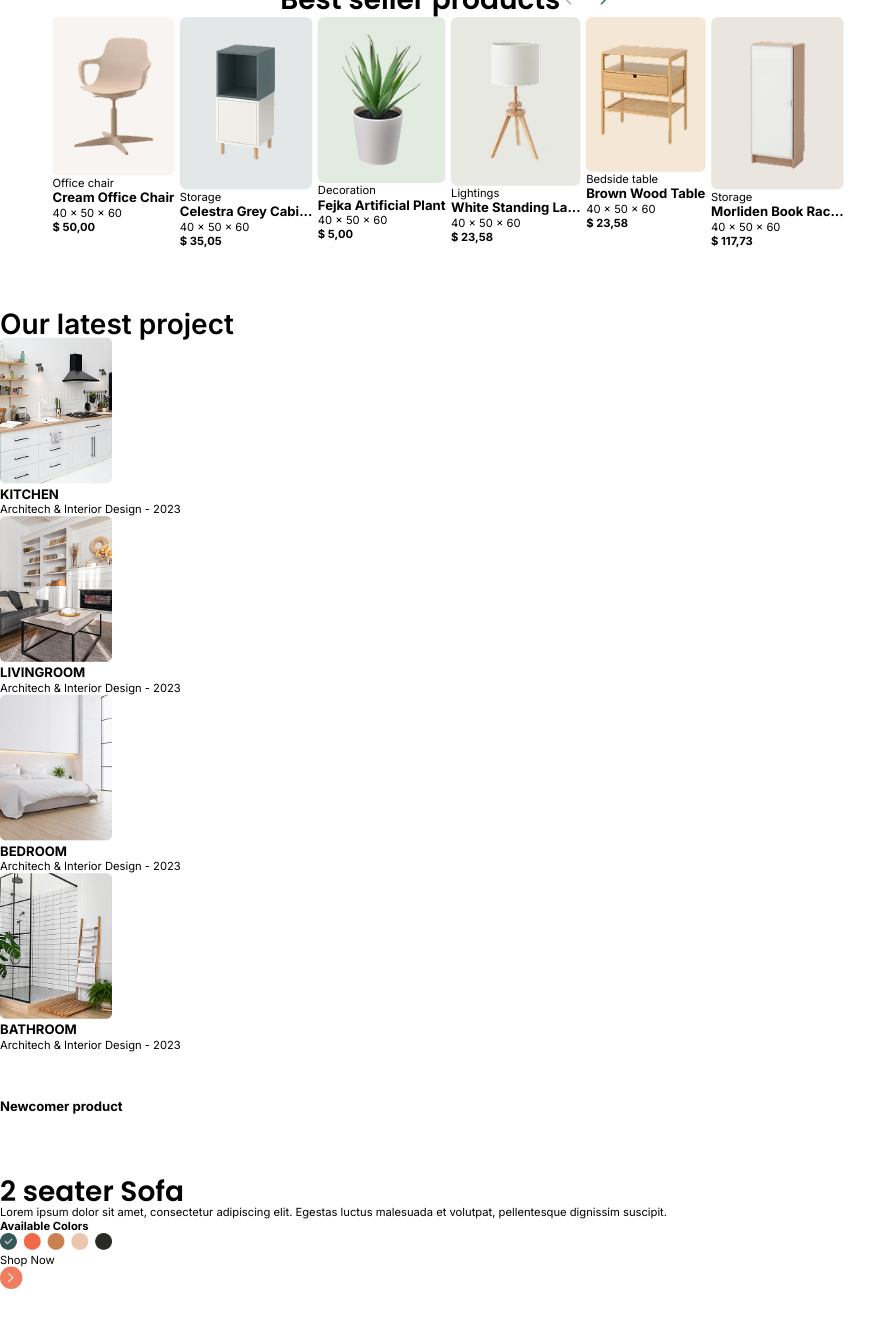
Repository: MatheusEich15/FrontEnd
Page: Prova 1 FrontEnd/Prova 1 FrontEnd/index.html
The author's editor kept a copy of each file at every save. The page is drawn from the files as they stood at one save, then again after a run of saves.
The browser window is 1280 px wide. The pictures show the part of the page from y = 1898 to 3818 px (the page is 4763 px tall before and 4771 px after), at 70% of full size.

Above is the page before, as saved 2026-03-12 14:06:06.

### Prova 1 FrontEnd/Prova 1 FrontEnd/index.html
<!DOCTYPE html>

<html lang="en">

<head>
    <meta charset="UTF-8">
    <meta name="viewport" content="width=device-width, initial-scale=1.0">
    <title>Coca</title>
    <link rel="stylesheet" href="style.css">
    <!--  -->
</head>

<body>

    <header>

        <div id="links-header"> <!-- div para links do lado esquerdo -->
            <div id="logo-header"><img src="./assets/images/Logo-images/Logo.png" alt="Logo"></div>
            <nav>
                <ul>
                    <li><a href="#"><span>About</span></a></li>
                    <li><a href="#">Blog</a></li>
                    <li><a href="#">Contact</a></li>
                </ul>
            </nav>
        </div>
        <div id="btn-header"> <!-- div para links do lado direito -->
            <a id="sign-in-btn" href="#">Sign In</a>
            <button><img src="./assets/icons/Menu.png" alt="Menu"></button>
        </div>

    </header>

    <main>

        <section id="introduction"> <!-- Introdução ao site -->
            <div id="introduction-content">
                <h3>Explore any kind of furnitures</h3>
                <h1>Better Furniture <br>
                    Better Living</h1>
                <div id="introduction-btn">
                    <a href="#">Check our projects</a>
                    <div id="right-arrow"><img src="./assets/icons/Short Right Arrow.png" alt="Seta"></div>
                </div>
            </div>
        </section>

        <section id="about"> <!-- Sobre o site -->
            <div class="title">
                <h2>What we provide</h2>
            </div>
            <div id="about-items"> <!-- Informações básicas -->
                <div class="about-item">
                    <img src="./assets/icons/Home.png" alt="Ícone de Home">
                    <h3>10 years of experience <br>
                        in furniture business</h3>
                    <p>We’re already established since 2012, and <br>
                        in 10 years we have lots of positive <br>
                        reviews and achievements</p>
                    <div id="see-more-btn">
                        <a href="#">See more</a>
                        <img src="./assets/icons/Normal Right Arrow.png" alt="Seta">
                    </div>
                </div>
                <div class="about-item">
                    <img src="./assets/icons/Credit Card.png" alt="Ícone de Cartão de Crédito">
                    <h3>Afforable price with <br>
                        world class quality</h3>
                    <p>Our craftsmen have lots of experience <br>
                        dealing with crafting furnitures and some <br>
                        of them have world class quality</p>
                    <div id="see-more-btn">
                        <a href="#">See more</a>
                        <img src="./assets/icons/Normal Right Arrow.png" alt="Seta">
                    </div>
                </div>
                <div class="about-item">
                    <img src="./assets/icons/Thumbs Up.png" alt="Ícone de Polegares Para Cima">
                    <h3>Bring your ideas into <br>
                        a living product</h3>
                    <p>Besides you can buy the existing product, <br>
                        you can also consultate with us also to <br>
                        make your dream furniture</p>
                    <div id="see-more-btn">
                        <a href="#">See more</a>
                        <img src="./assets/icons/Normal Right Arrow.png" alt="Seta">
                    </div>
                </div>
            </div>
        </section>

        <section id="products"> <!-- Produtos disponíveis -->
            <div class="title-arrows">
                <h2>Best seller products</h2>
                <div class="title-btn">
                    <img src="./assets/icons/Normal Left Arrow Sells.png" alt="Seta">
                    <img src="./assets/icons/Normal Right Arrow Sells.png" alt="Seta">
                </div>
            </div>
            <div id="products-items">
                <div class="product-item">
                    <img src="./assets/images/Products-images/Cream Office Chair.png" alt="Cadeira de Escritório Cor Creme">
                    <p>Office chair</p>
                    <h3>Cream Office Chair</h3>
                    <p>40 x 50 x 60</p>
                    <h4>$ 50,00</h4>
                </div>
                <div class="product-item">
                    <img src="./assets/images/Products-images/Celestra Grey Cabi.png" alt="Armário Pequeno Cor Cinza e Branco">
                    <p>Storage</p>
                    <h3>Celestra Grey Cabi...</h3>
                    <p>40 x 50 x 60</p>
                    <h4>$ 35,05</h4>
                </div>
                <div class="product-item">
                    <img src="./assets/images/Products-images/Fejka Artificial Plant.png" alt="Planta Artificial em Vaso Cor Cinza">
                    <p>Decoration</p>
                    <h3>Fejka Artificial Plant</h3>
                    <p>40 x 50 x 60</p>
                    <h4>$ 5,00</h4>
                </div>
                <div class="product-item">
                    <img src="./assets/images/Products-images/White Standing La.png" alt="Luminária Cor Branca">
                    <p>Lightings</p>
                    <h3>White Standing La...</h3>
                    <p>40 x 50 x 60</p>
                    <h4>$ 23,58</h4>
                </div>
                <div class="product-item">
                    <img src="./assets/images/Products-images/Brown Wood Table.png" alt="Mesa de Madeira Cor Marrom">
                    <p>Bedside table</p>
                    <h3>Brown Wood Table</h3>
                    <p>40 x 50 x 60</p>
                    <h4>$ 23,58</h4>
                </div>
                <div class="product-item">
                    <img src="./assets/images/Products-images/Morliden Book Rac.png" alt="Armário Médio Moderno Cor Branca">
                    <p>Storage</p>
                    <h3>Morliden Book Rac...</h3>
                    <p>40 x 50 x 60</p>
                    <h4>$ 117,73</h4>
                </div>
            </div>
        </section>

        <section id="projects"> <!-- Demonstrações de projetos -->
            <div class="title">
                <h2><span>Our latest project</span></h2>
            </div>
            <div id="projects-items">
                <div class="project-item">
                    <img src="./assets/images/Projects-images/Kitchen.png" alt="Demonstração de Cozinha">
                    <h3>KITCHEN</h3>
                    <p>Architech & Interior Design - 2023</p>
                </div>
                <div class="project-item">
                    <img src="./assets/images/Projects-images/Livingroom.png" alt="Demonstração de Sala de Estar">
                    <h3>LIVINGROOM</h3>
                    <p>Architech & Interior Design - 2023</p>
                </div>
                <div class="project-item">
                    <img src="./assets/images/Projects-images/Bedroom.png" alt="Demonstração de Quarto">
                    <h3>BEDROOM</h3>
                    <p>Architech & Interior Design - 2023</p>
                </div>
                <div class="project-item">
                    <img src="./assets/images/Projects-images/Bathroom.png" alt="Demonstração de Banheiro">
                    <h3>BATHROOM</h3>
                    <p>Architech & Interior Design - 2023</p>
                </div>
            </div>
            <div id="project-btn"> <!-- Seta do Desktop para ver mais projetos -->
                <img src="./assets/icons/Normal Right Arrow Projects.png" alt="Seta">
            </div>
        </section>

        <section id="news"> <!-- Novidades -->
            <div id="news-content">
                <h3>Newcomer product</h3>
                <div class="title">
                    <h2>2 seater Sofa</h2>
                </div>
                <p>Lorem ipsum dolor sit amet, consectetur adipiscing elit. Egestas luctus malesuada et volutpat, pellentesque dignissim suscipit. </p>
                <div id="available-colors">
                    <h4>Available Colors</h4>
                    <img src="./assets/images/News-images/Available Colors.png" alt="Cores Disponíveis">
                </div>
                <div id="news-btn">
                    <a href="#">Shop Now</a>
                    <div id="right-arrow"><img src="./assets/icons/Short Right Arrow.png" alt="Seta"></div>
                </div>
            </div>
        </section>

        <section id="testimonials">
            <div class="title">
                <h2>What our clients say</h2>
                <div class="title-btn">
                    <img src="./assets/icons/Normal Left Arrow Sells.png" alt="Seta">
                    <img src="./assets/icons/Normal Right Arrow Sells.png" alt="Seta">
                </div>
            </div>
            <div id="testimonials-card">
                <img src="./assets/images/Testimonials-images/Testimonial Person.png" alt="Foto de pessoa">
                <img src="./assets/icons/Testimonial Person “.png" alt="Ícone de Aspas Duplas">
                <h3>As expected, 10 years
                    experience on furniture
                    business will not disappointing
                    at all</h3>
                <p>As they said, their 10 years of
                    experience in furniture and interior
                    business is real. They work it
                    professionally and friendly at the
                    same time and of course the results
                    is beyond my expectations.</p>
                <h4>Roy Rakabuming</h4>
                <div id="1-decorative">
                    <p>1</p>
                </div>
            </div>
        </section>

    </main>

    <footer>

        <div id="footer-top"> <!-- Parte superior à divisória do footer -->
            <div id="logo-footer"><img src="./assets/images/Logo-images/Logo.png" alt="Logo"></div>
            <div><h4>Better Furniture, Better Living</h4></div>
            <div id="footer-contact">
                <div id="address">
                    <div id="address-title">
                        <img src="./assets/icons/Pin.png" alt="Marcador">
                        <h4>Address</h4>
                    </div>
                    <p>7319 Wagon Lane Bradenton, FL 34203</p>
                </div>
                <div id="contact-us">
                    <div id="contact-us-title">
                        <img src="./assets/icons/Envelope.png" alt="Envelope">
                        <h4>Contact Us</h4>
                    </div>
                    <p>hellosansbrothers@gmail.com</p>
                </div>
            </div>
            <div id="footer-links"> <!-- Links do footer -->
                <nav id="footer-website">
                    <h2>Website</h2>
                    <ul>
                        <li><a href="#">Home</a></li>
                        <li><a href="#">About Us</a></li>
                        <li><a href="#">Services</a></li>
                        <li><a href="#">Contact Us</a></li>
                    </ul>
                </nav>
                <nav id="footer-products">
                    <h2>Products</h2>
                    <ul>
                        <li><a href="#">Tables</a></li>
                        <li><a href="#">Chairs</a></li>
                        <li><a href="#">Storages</a></li>
                        <li><a href="#">Decorations</a></li>
                    </ul>
                </nav>
            </div>
        </div>
        <div id="footer-bottom"> <!-- Parte inferior à divisória do footer -->
            <div id="copyrights">
                <p>© Sans Brothers</p>
            </div>
            <div id="footer-policy">
                <p>Privacy and Terms</p>
                <p>Legal Notice</p>
                <p>Languanges</p>
            </div>
            <div id="footer-media">
                <img src="./assets/icons/Facebook Logo.png" alt="Logo do Facebook">
                <img src="./assets/icons/Instagram Logo.png" alt="Logo do Intagram">
                <img src="./assets/icons/Twitter Logo.png" alt="Logo do Twitter">
                <img src="./assets/icons/Linkedin Logo.png" alt="Logo do Linkedin">
            </div>
        </div>

    </footer>

</body>

</html>

### Prova 1 FrontEnd/Prova 1 FrontEnd/style.css
@import url('https://fonts.googleapis.com/css2?family=Inter:ital,opsz,wght@0,14..32,100..900;1,14..32,100..900&family=Poppins:ital,wght@0,100;0,200;0,300;0,400;0,500;0,600;0,700;0,800;0,900;1,100;1,200;1,300;1,400;1,500;1,600;1,700;1,800;1,900&family=Raleway:ital,wght@0,100..900;1,100..900&display=swap');

:root {
    --p-font: Inter; /* Fonte de parágrafos */
    --h-font: Poppins; /* Fonte de Títulos */
    --i-font: Raleway; /* Fonte de informações */
    --white: #FFFFFF;
    --off-white: #FAF8F4;
    --blue: #0F3141;
    --black: #000000;
    --orange: #F16F4F;
    --lite-orange: #EF7D60;
    --grey: #757B8A;
}

* {
    margin: 0;
    padding: 0;
    font-family: var(--p-font);
}

li {
    list-style: none;
}

a {
    text-decoration: none;
    color: var(--black);
}

button {
    background-color: transparent;
    border: none;
}

header {
    margin: 0.75rem 1.25rem 0rem 1.25rem;
    display: flex;
    justify-content: space-between;
    align-items: center;
}

#links-header nav {
    display: none;
}

#btn-header a {
    display: none;
}

#introduction {
    background: linear-gradient(to bottom, var(--white) 0%, var(--white) 20%, transparent 100%), url(./assets/images/Instroduction-images/Introduction\ Background\ Image.png);
    background-position: bottom;
    background-repeat: no-repeat;
    background-size: auto 375px;
}

#introduction-content {
    margin-top: 4.813rem;
    color: var(--black);
    display: flex;
    flex-direction: column;
    align-items: center;
}

#introduction-content h3 {
    font-weight: 500;
    font-size: 0.875rem;
    line-height: 1.875rem;
    letter-spacing: 1%;
    text-transform: uppercase;
    text-align: center;
    color: var(--blue);
}

#introduction-content h1 {
    margin-top: 0.5rem;
    font-family: var(--h-font);
    font-weight: 600;
    font-size: 2.75rem;
    line-height: 3.25rem;
    letter-spacing: -3%;
    text-align: center;
}

#introduction-btn {
    width: 15.125rem;
    height: 3.5rem;
    margin-top: 1.5rem;
    background-color: var(--orange);
    display: flex;
    justify-content: center;
    align-items: center;
    gap: 1rem;
    border-radius: 0.25rem;
    margin-bottom: 12.875rem;
}

#right-arrow {
    width: 2rem;
    height: 2rem;
    border-radius: 100%;
    background-color: var(--lite-orange);
    display: flex;
    justify-content: center;
    align-items: center;
}

#introduction-btn a {
    color: var(--white);
    font-weight: 600;
    font-size: 1.125rem;
    line-height: 100%;
    letter-spacing: -1%;
}

#about {
    display: flex;
    flex-direction: column;
    align-items: center;
    background-color: var(--off-white);
}

.title h2 {
    font-family: var(--h-font);
    margin-top: 5.563rem;
    font-weight: 600;
    font-size: 2.5rem;
    line-height: 100%;
    letter-spacing: -3%;
}

#about-items {
    margin-top: 3.313rem;
    display: flex;
    flex-direction: column;
    align-items: center;
    gap: 3.75rem;
    margin-bottom: 3.938rem;
}

.about-item h3 {
    margin-top: 0.75rem;
    font-family: var(--h-font);
    font-weight: 600;
    font-size: 1.5rem;
    line-height: 2.125rem;
    letter-spacing: -2%;
}

.about-item p {
    margin-top: 1rem;
    color: var(--grey);
    font-weight: 400;
    font-size: 1rem;
    line-height: 1.75rem;
    letter-spacing: 1%;
}

#see-more-btn {
    margin-top: 1.5rem;
    display: flex;
    align-items: center;
    gap: 0.5rem;
}

#see-more-btn a {
    color: var(--orange);
    font-weight: 600;
    font-size: 0.875rem;
    line-height: 1.688rem;
    letter-spacing: 1%;
}

#products {
    display: flex;
    flex-direction: column;
    align-items: center;
}

.title-arrows {
    margin: 5rem 1.938rem 0rem 1.5rem;
    display: flex;
}

.title-arrows h2 {
    font-family: var(--h-font);
    font-weight: 600;
    font-size: 2.5rem;
    line-height: 3.25rem;
    letter-spacing: -3%;
}

.title-btn {
    display: flex;
    align-items: end;
    gap: 0.5rem;
    margin-bottom: 0.75rem;
}

.title-btn img {
    max-width: 2rem;
    max-height: 2rem;
}

#products-items {
    display: flex;
    flex-wrap: wrap;
    justify-content: center;
    gap: 0.5rem;
}

.product-item {
    display: flex;
    flex-direction: column;

}

After the next 2 saves:
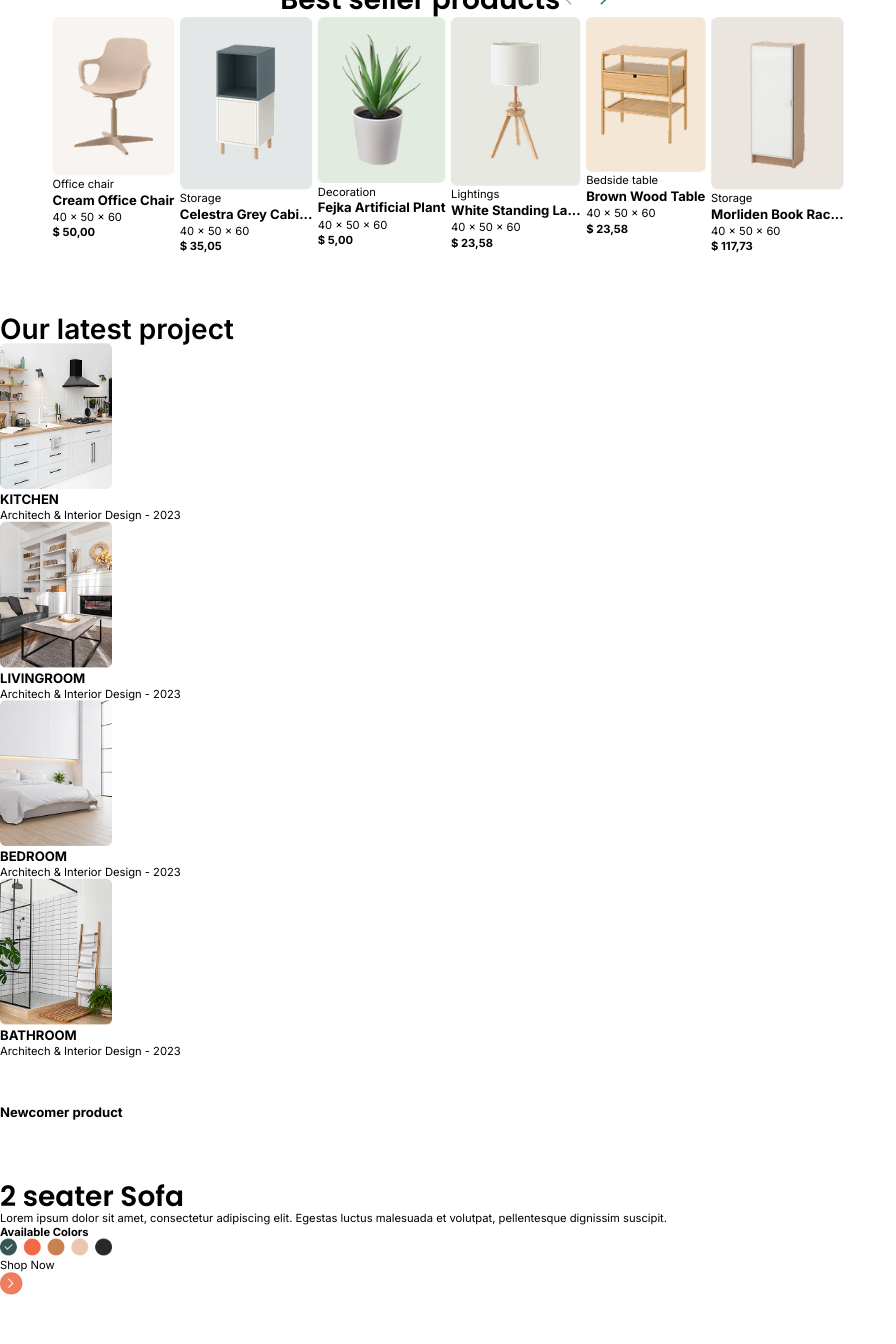
The 2 saves are shown as one change because they came seconds apart.
The last was saved 8 s later.
--- a/Prova 1 FrontEnd/Prova 1 FrontEnd/style.css
+++ b/Prova 1 FrontEnd/Prova 1 FrontEnd/style.css
@@ -213,5 +213,5 @@ header {
 .product-item {
     display: flex;
     flex-direction: column;
-
-}
+    gap: 0.125rem;
+}
